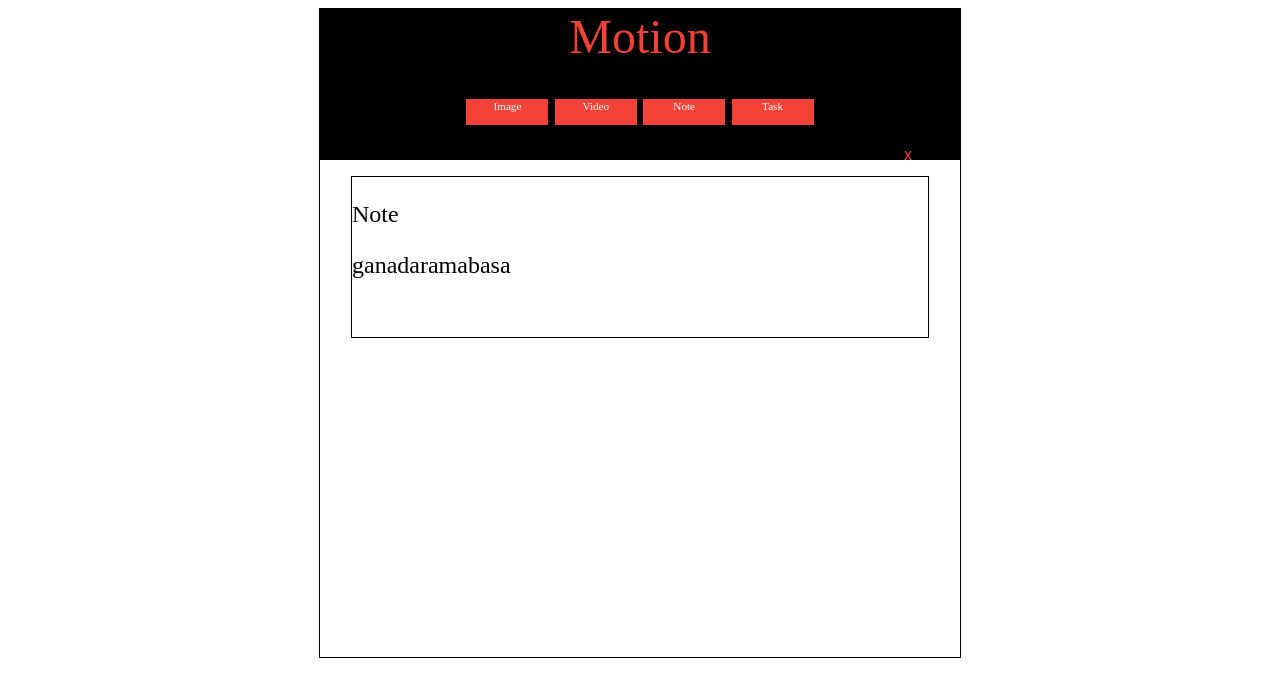
Repository: DevMinwoo-Jung/typescript
Page: motion/index.html
These files come from the project's save history. The page is drawn as it stood at one moment and after the next save; the edit follows.
The browser window is 1280 px wide. The pictures show the whole page.

Above is the page before, as saved 2021-10-12 14:53:10.

After the next save:
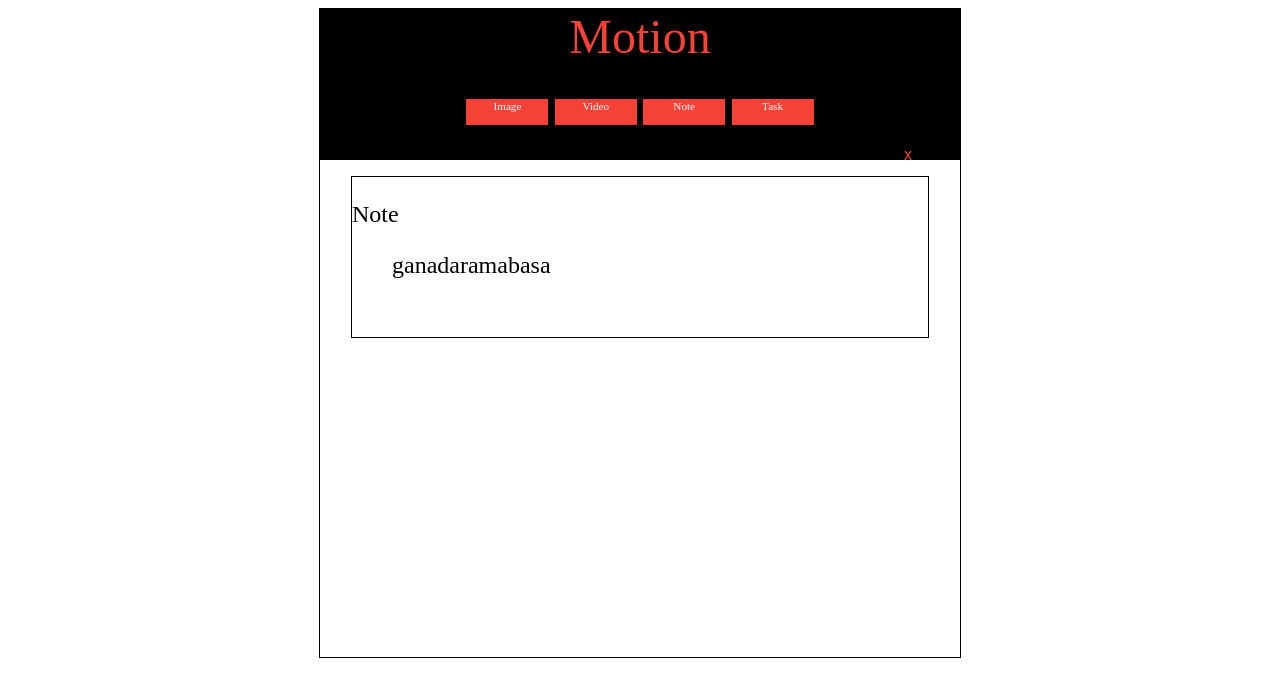
Saved 67 s later.
--- a/motion/index.html
+++ b/motion/index.html
@@ -36,7 +36,7 @@
     <div class="note__box">
       <div class="text__box">
         <p>Note</p>
-        <p>ganadaramabasa</p>
+        <ul>ganadaramabasa</ul>
         <button class="closeBtn__box">x</button>
       </div>
     </div>
